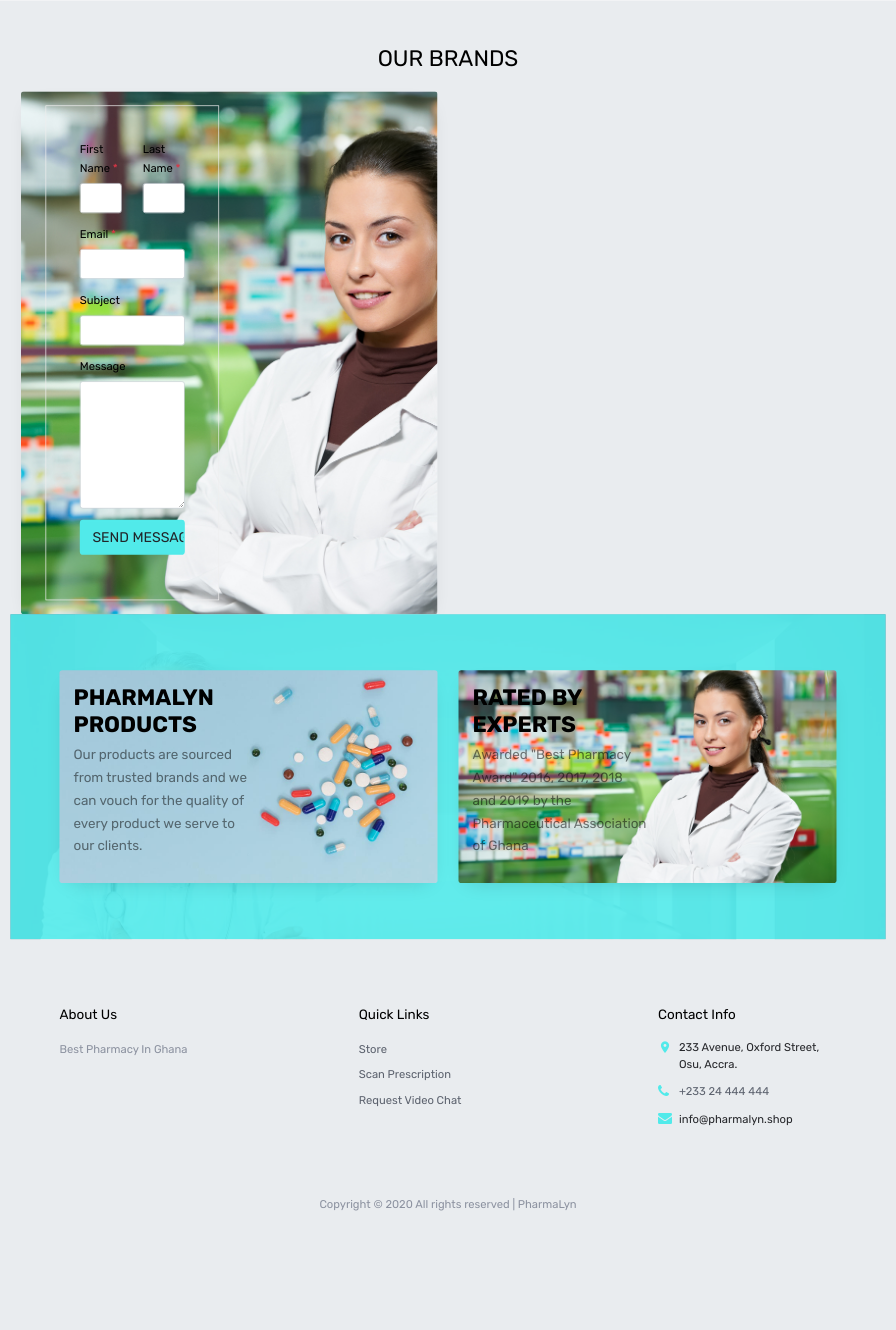
Repository: Nat-A/finalyearproject
Page: pharma/index - Copy.html
The author's editor kept a copy of each file at every save. The page is drawn from the files as they stood at one save, then again after the next save.
The browser window is 1280 px wide. The pictures show the part of the page from y = 802 to 2702 px (the page is 2743 px tall), at 70% of full size.

Above is the page before, as saved 2020-06-03 12:42:52.

After the next save:
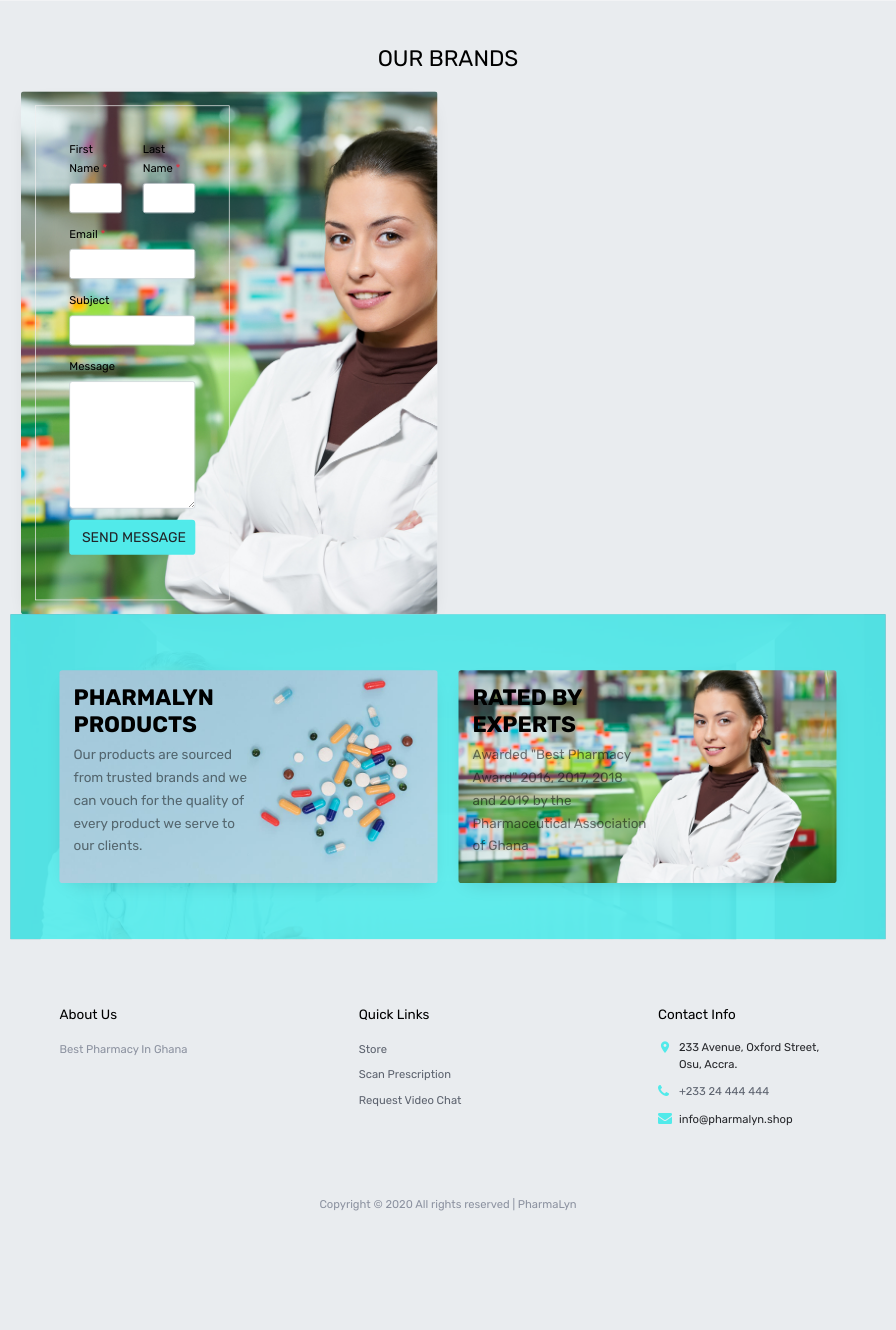
Saved 6 s later.
--- a/pharma/index - Copy.html
+++ b/pharma/index - Copy.html
@@ -114,7 +114,7 @@
                     <a class="banner-1 h-100 d-flex " style="background-image: url( 'images/avatars/doctor4.jpg'); ">
                         <div class="banner-1-inner align-self-center ">
 
-                            <div class="col-md-12">
+                            <div class="">
 
                                 <form action="#" method="post">
 

After the save that followed:
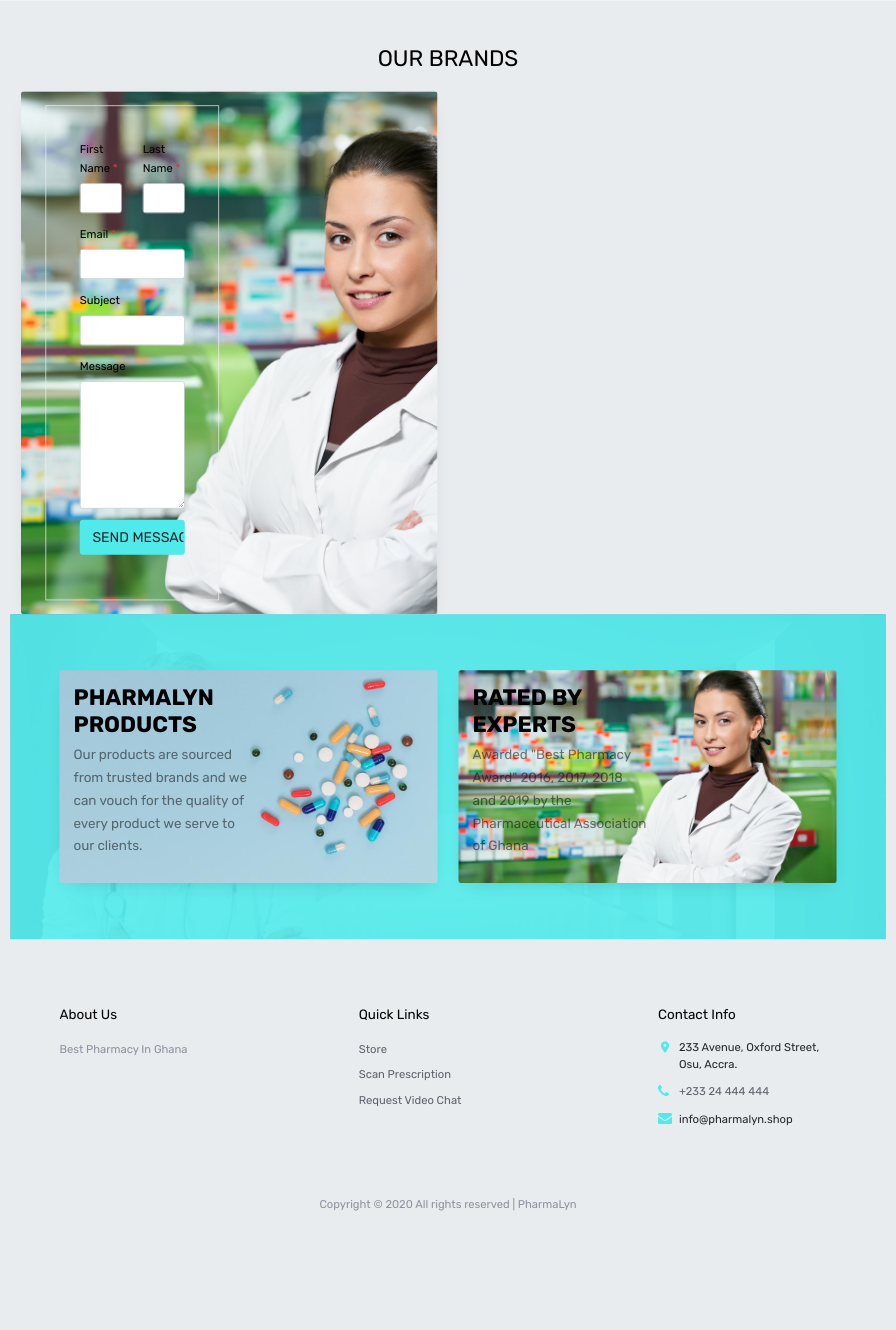
Saved 24 s later.
--- a/pharma/index - Copy.html
+++ b/pharma/index - Copy.html
@@ -114,7 +114,7 @@
                     <a class="banner-1 h-100 d-flex " style="background-image: url( 'images/avatars/doctor4.jpg'); ">
                         <div class="banner-1-inner align-self-center ">
 
-                            <div class="">
+                            <div class="col-md-12">
 
                                 <form action="#" method="post">
 
